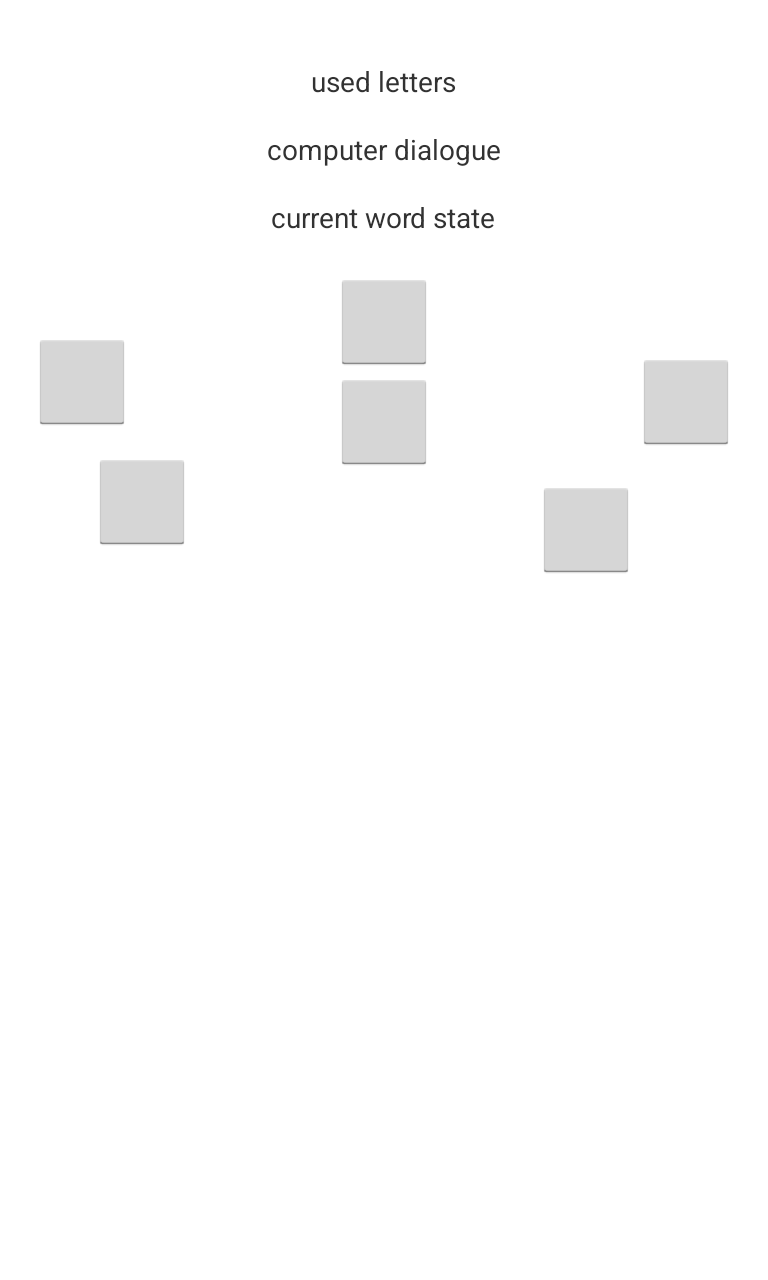
Repository: svandenhout/EvilSpaceMonsterHangman
Layout: evilSpaceMonsterHangman/res/layout/activity_main.xml
An editor plug-in stored every save of this project. The layout is shown before and after the next save, followed by the edit.
It is drawn on a 768 x 1280 px phone screen (xhdpi) without system bars, with theme AppTheme; the app's code is not run.

Above is the layout before, as saved 2013-12-16 13:23:07.

### evilSpaceMonsterHangman/res/layout/activity_main.xml
<RelativeLayout xmlns:android="http://schemas.android.com/apk/res/android"
              xmlns:tools="http://schemas.android.com/tools"
              android:layout_width="match_parent"
              android:layout_height="match_parent"
              android:paddingLeft="@dimen/activity_horizontal_margin"
              android:paddingRight="@dimen/activity_horizontal_margin"
              android:paddingTop="@dimen/activity_vertical_margin"
              android:paddingBottom="@dimen/activity_vertical_margin"
              tools:context=".MainActivity"
              android:orientation="vertical">

    <TextView
            android:id="@+id/usedLetters"
            android:layout_width="wrap_content"
            android:layout_height="wrap_content"
            android:text="@string/used_letters"
            android:layout_centerHorizontal="true"
            android:layout_marginTop="15dp"/>

    <TextView
            android:id="@+id/computerDialogue"
            android:layout_width="wrap_content"
            android:layout_height="wrap_content"
            android:layout_centerHorizontal="true"
            android:text="@string/computer_dialogue"
            android:layout_below="@+id/usedLetters"
            android:layout_marginTop="15dp"/>

    <TextView
            android:id="@+id/currentWordState"
            android:layout_width="wrap_content"
            android:layout_height="wrap_content"
            android:layout_below="@id/computerDialogue"
            android:text="@string/current_word_state"
            android:layout_centerHorizontal="true"
            android:layout_marginTop="15dp"/>

    <Button
        android:id="@+id/eye_6"
        android:layout_width="50dp"
        android:layout_height="50dp"
        android:layout_alignParentLeft="false"
        android:layout_marginTop="150dp"
        android:onClick="eyePress" />

    <Button
        android:id="@+id/eye_2"
        android:layout_width="50dp"
        android:layout_height="50dp"
        android:layout_above="@+id/eye_1"
        android:layout_alignParentRight="true"
        android:onClick="eyePress" />

    <Button
        android:id="@+id/eye_5"
        android:layout_width="50dp"
        android:layout_height="50dp"
        android:layout_alignLeft="@+id/eye_6"
        android:layout_below="@+id/eye_6"
        android:layout_marginLeft="30dp"
        android:layout_marginTop="10dp"
        android:onClick="eyePress" />

    <Button
        android:id="@+id/eye_3"
        android:layout_width="50dp"
        android:layout_height="50dp"
        android:layout_centerHorizontal="true"
        android:layout_marginTop="120dp"
        android:onClick="eyePress" />

    <Button
        android:id="@+id/eye_1"
        android:layout_width="50dp"
        android:layout_height="50dp"
        android:layout_alignTop="@+id/eye_5"
        android:layout_marginTop="14dp"
        android:layout_toLeftOf="@+id/eye_2"
        android:onClick="eyePress" />

    <Button
        android:id="@+id/eye_4"
        android:layout_width="50dp"
        android:layout_height="50dp"
        android:layout_below="@+id/eye_3"
        android:layout_centerHorizontal="true"
        android:onClick="eyePress" />

</RelativeLayout>

### evilSpaceMonsterHangman/res/values/strings.xml
<?xml version="1.0" encoding="utf-8"?>
<resources>

    <string name="app_name" >Hangman
    </string>

    <!-- settings & preferences -->
    <string name="hi_scores" >hi-scores
    </string>
    <string name="settings" >settings
    </string>
    <string name="reset" >reset game
    </string>

    <string name="title_user_name" >user name
    </string>
    <string name="title_word_length">word length
    </string>
    <string name="title_amount_of_turns">amount of turns
    </string>
    <string name="title_evil_mode">Evil Mode
    </string>

    <string name="summary_user_name">set your user name here
    </string>
    <string name="summary_word_length">set the length of the words that you want to use
    </string>
    <string name="summary_amount_of_turns">set the amount of turns until you lose
    </string>
    <string name="summary_evil_mode">Start playing Evil Mode, You will not win
    </string>

    <string name="dialog_user_name" >user name:
    </string>
    <string name="dialog_word_length">word length:
    </string>
    <string name="dialog_amount_of_turns">amount of turns:
    </string>
    <string name="dialog_evil_mode">Evil Mode?
    </string>


    <!-- game ui -->
    <string name="current_word" >current word
    </string>
    <string name="current_word_state" >current word state
    </string>
    <string name="used_letters" >used letters
    </string>
    <string name="computer_dialogue">computer dialogue</string>
    <string name="button_text">a</string>

    <!-- game states -->
    <string name="game_won">game won
    </string>
    <string name="game_lost">game lost
    </string>

    <!-- computer monologue -->
    <string name="cmonologue_start">Pick a letter to start playing</string>
    <string name="cmonologue_used">This letter has already been used, try again</string>
    <string name="cmonologue_invalid">WHAT THE HELL IS THAT!?, try another one</string>
    <string name="cmonologue_wrong">Wrong guess, pick again</string>
    <string name="cmonologue_correct">Lucky, why don\'t you try again?</string>
    <string name="cmonologue_won">:((</string>
    <string name="cmonologue_lost">:-)</string>
</resources>

Loaded but not shown: evilSpaceMonsterHangman/res/values/styles.xml (common file); evilSpaceMonsterHangman/res/values-v11/styles.xml (common file); evilSpaceMonsterHangman/res/values-v14/styles.xml (common file); evilSpaceMonsterHangman/res/values/dimens.xml (common file)

After the next save:
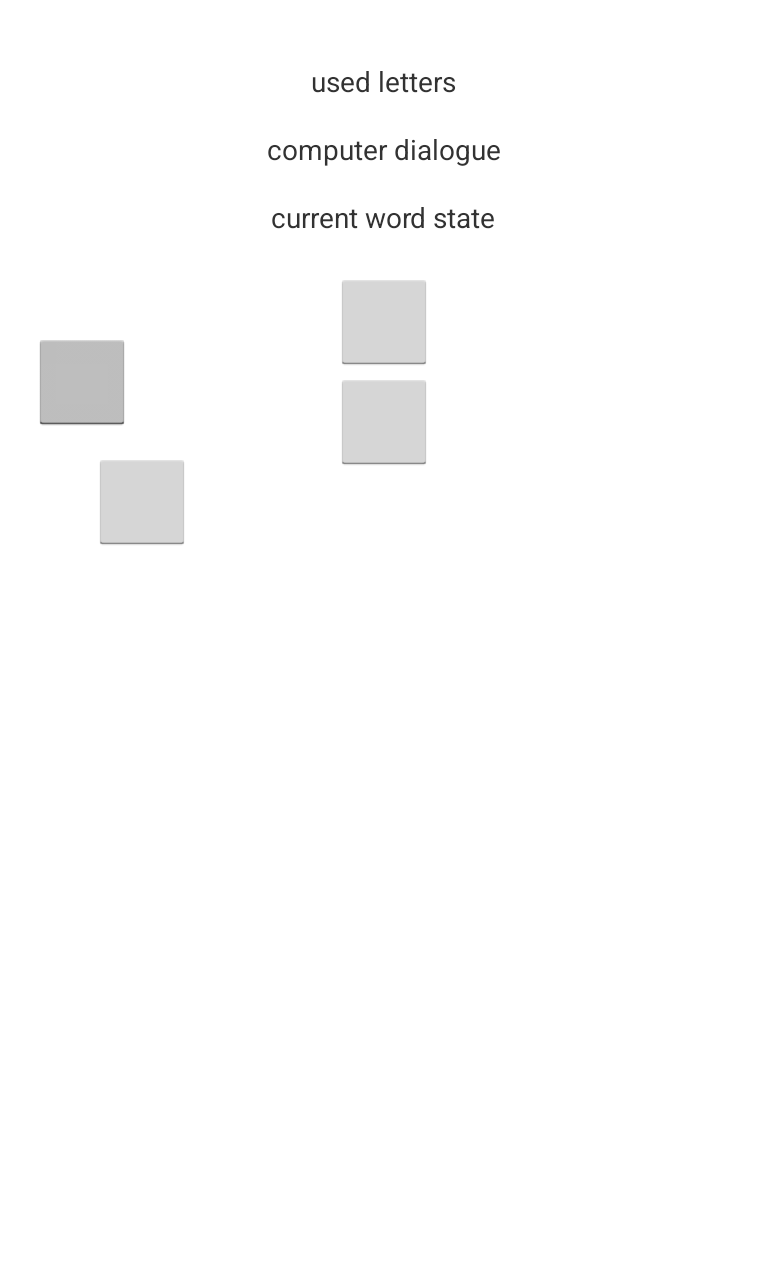
Saved 85 s later.
--- a/evilSpaceMonsterHangman/res/layout/activity_main.xml
+++ b/evilSpaceMonsterHangman/res/layout/activity_main.xml
@@ -47,8 +47,8 @@
         android:id="@+id/eye_2"
         android:layout_width="50dp"
         android:layout_height="50dp"
-        android:layout_above="@+id/eye_1"
-        android:layout_alignParentRight="true"
+       android:layout_alignParentRight="false"
+        android:layout_marginTop="150dp"
         android:onClick="eyePress" />
 
     <Button
